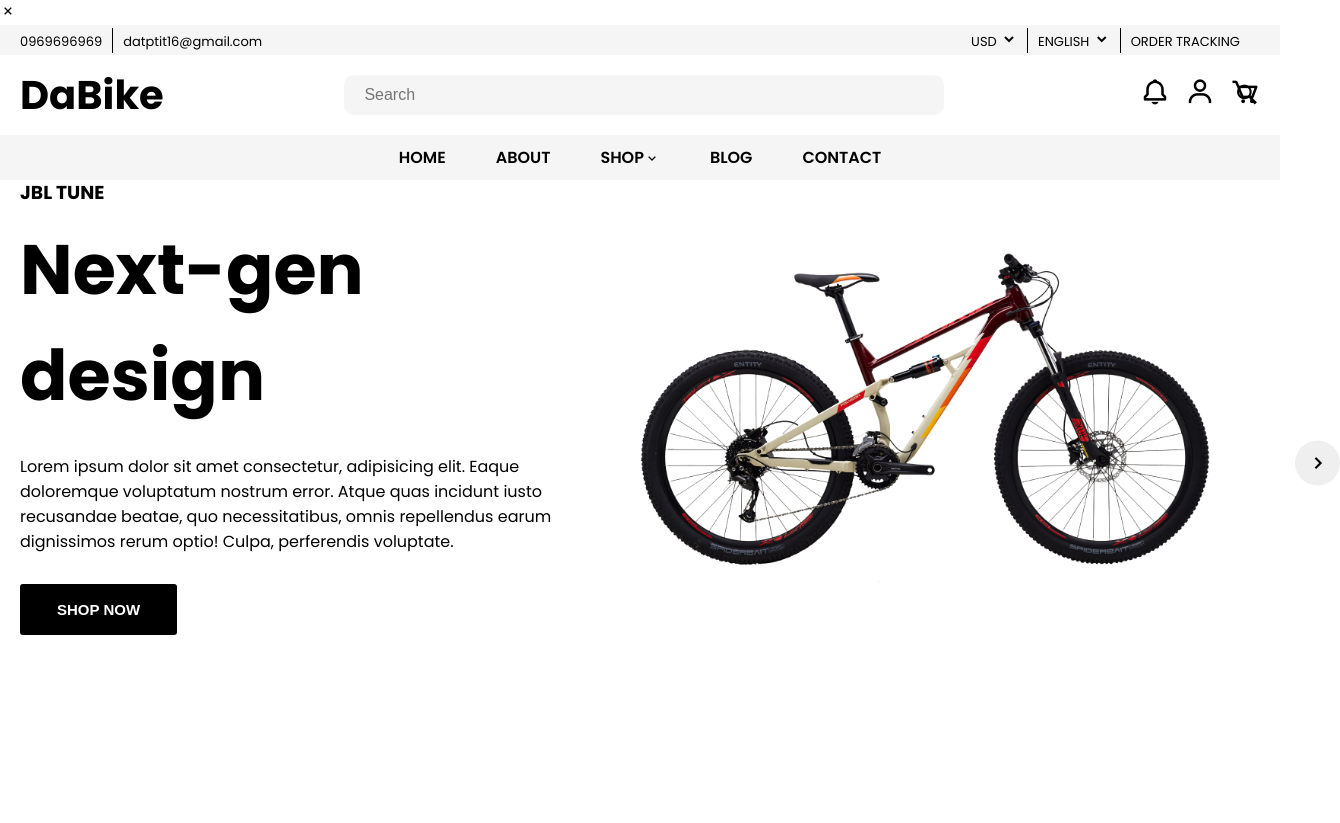
Repository: Datt21/DacMaxx
Page: index.html
These files come from the project's save history. The page is drawn as it stood at one moment and after the next save; the edit follows.
The browser window is 1280 px wide. The page is 1340 px wide, so the pictures cover 1340 px, including what lies to the right of the window. The pictures show the whole page.

Above is the page before, as saved 2021-07-07 01:51:42.

After the next save:
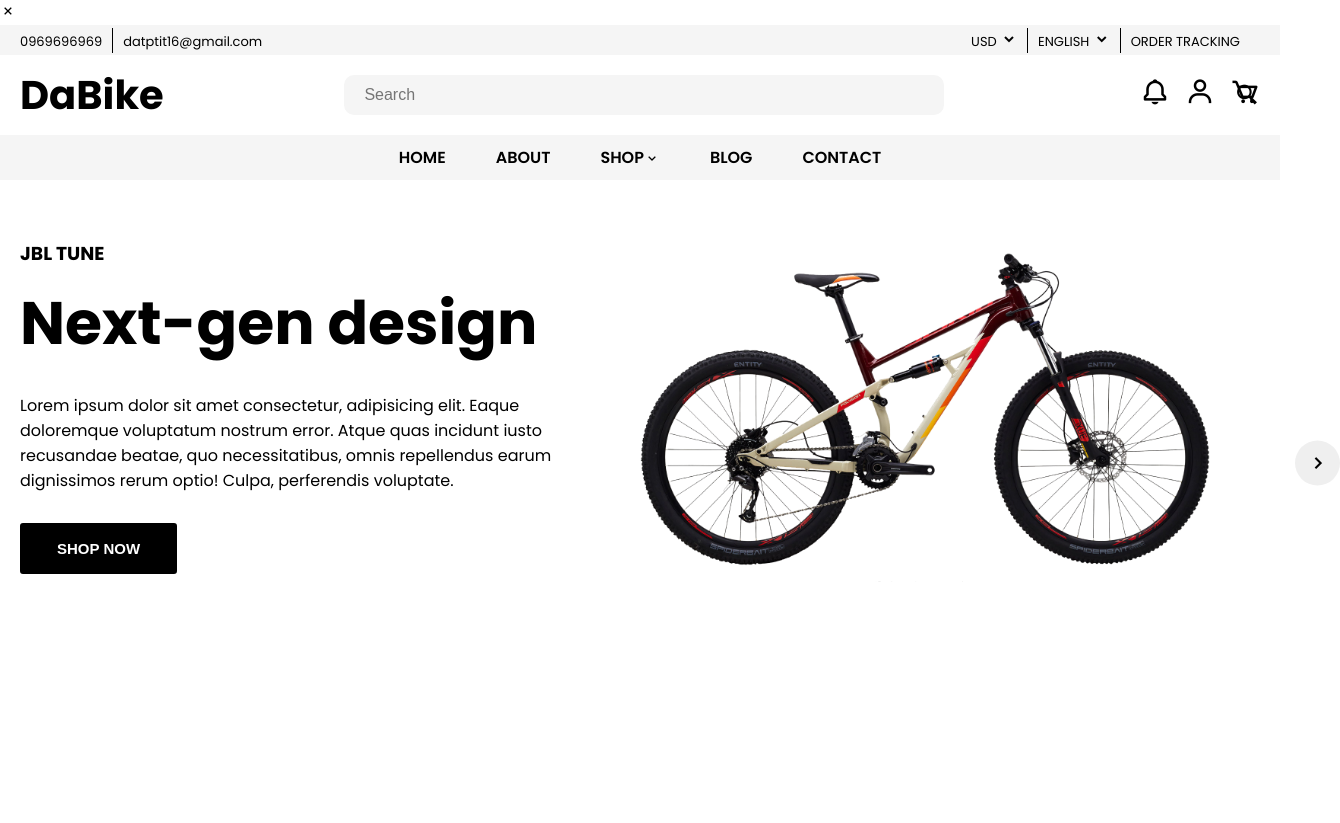
Saved 23 s later.
--- a/css/app.css
+++ b/css/app.css
@@ -323,7 +323,7 @@ ul.devided > li:last-child{
 
 
 .info-content h2{
-    font-size: 70px;
+    font-size: 60px;
     margin: 10px 0 25px;
 }
 
